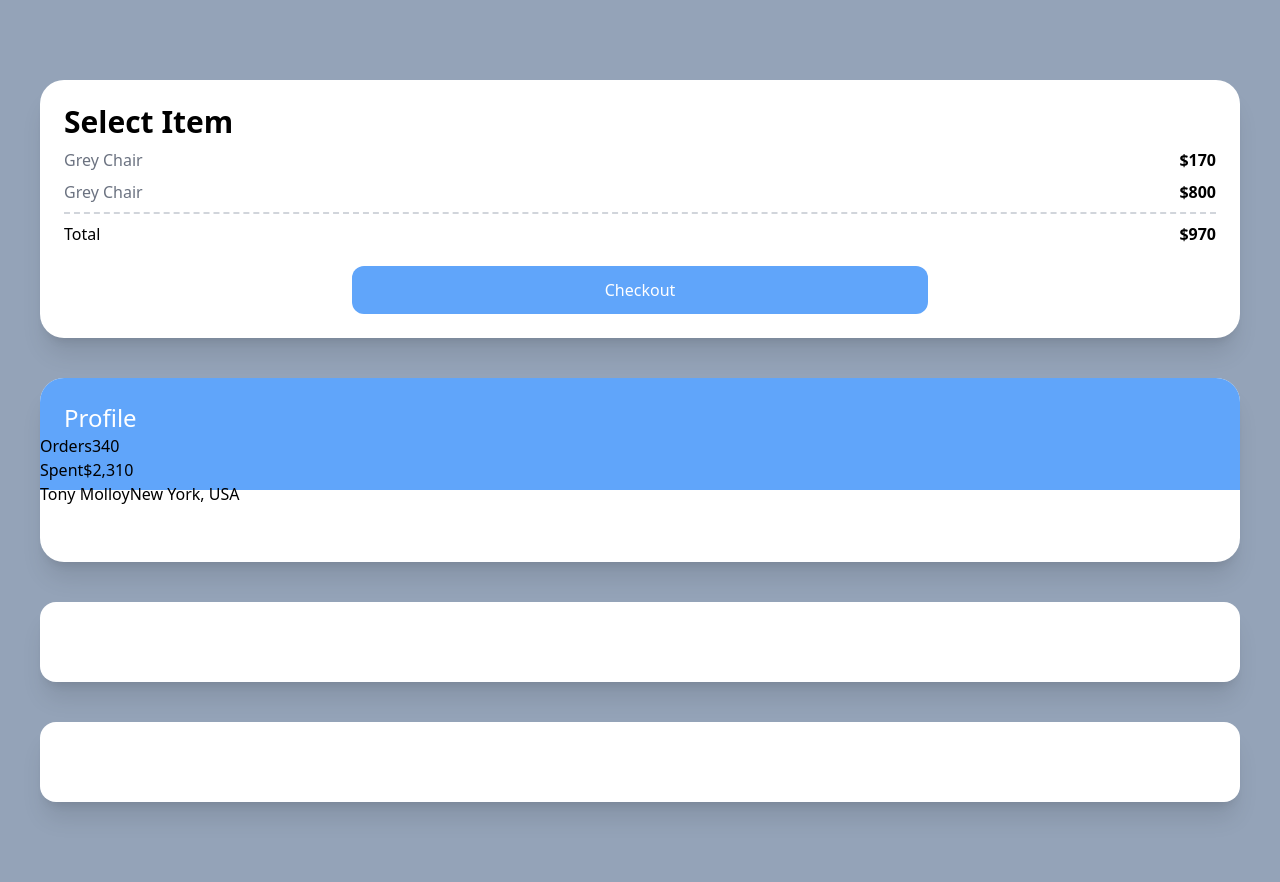
Repository: pjk0007/nextjs-carrot-marcket
Page: /
An editor plug-in stored every save of this project. The page is shown before and after the next save, followed by the edit.
The browser window is 1280 px wide. The pictures show the whole page.
The project was rebuilt for these pictures with package versions that can differ from the ones it lists, and the page was loaded fresh each time. The framework's server and built-in components were replaced by stand-ins that run in the browser. Also part of the build but not shown: next.config.js.

Above is the page before, as saved 2022-04-30 13:10:40.

After the next save:
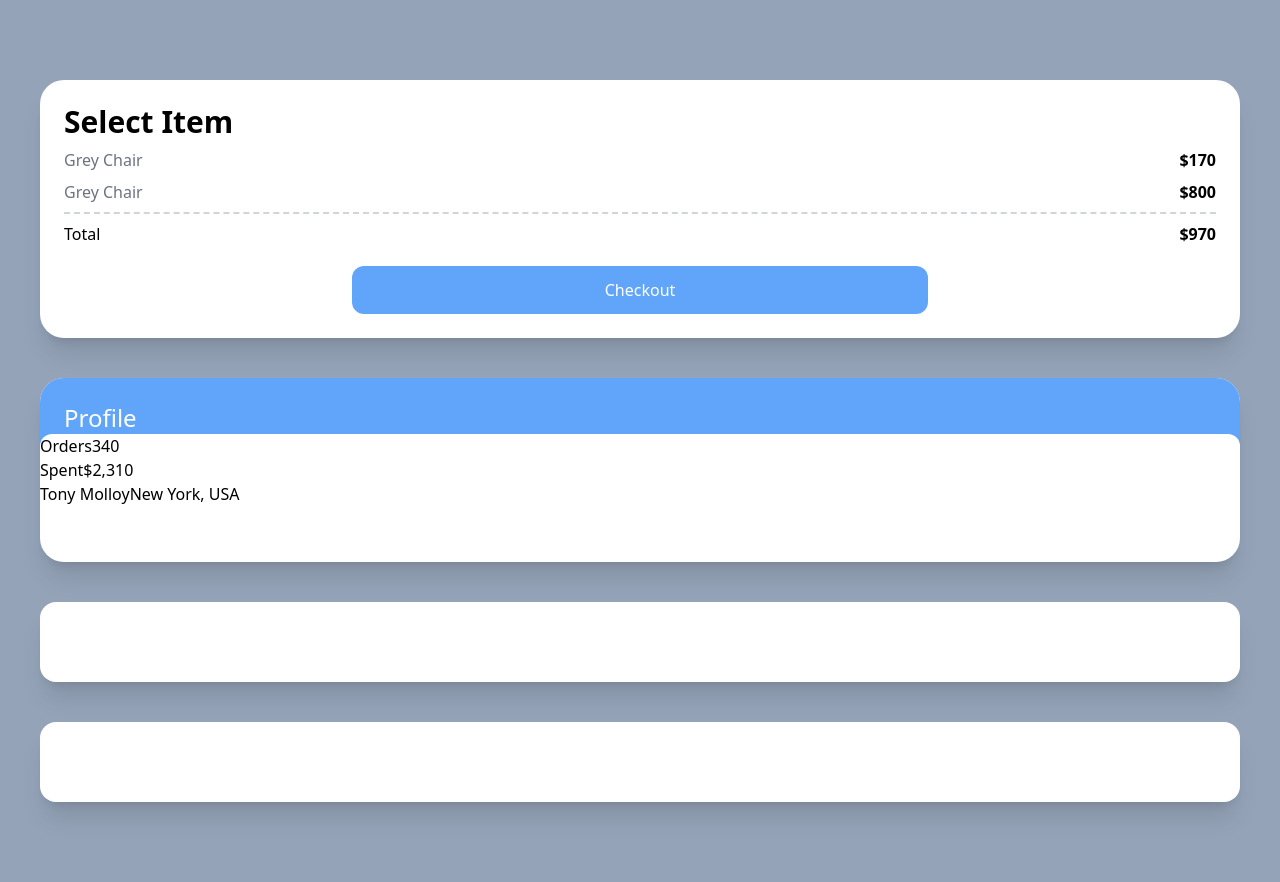
Saved 8 s later.
--- a/pages/index.tsx
+++ b/pages/index.tsx
@@ -23,7 +23,7 @@ const Home: NextPage = () => {
         <div className='bg-blue-400 p-6 pb-14'>
           <span className='text-white text-2xl'>Profile</span>
         </div>
-        <div className='rounded-xl relative -top-14'>
+        <div className='rounded-xl relative -top-14 bg-white'>
           <div>
             <div>
               <span>Orders</span>
